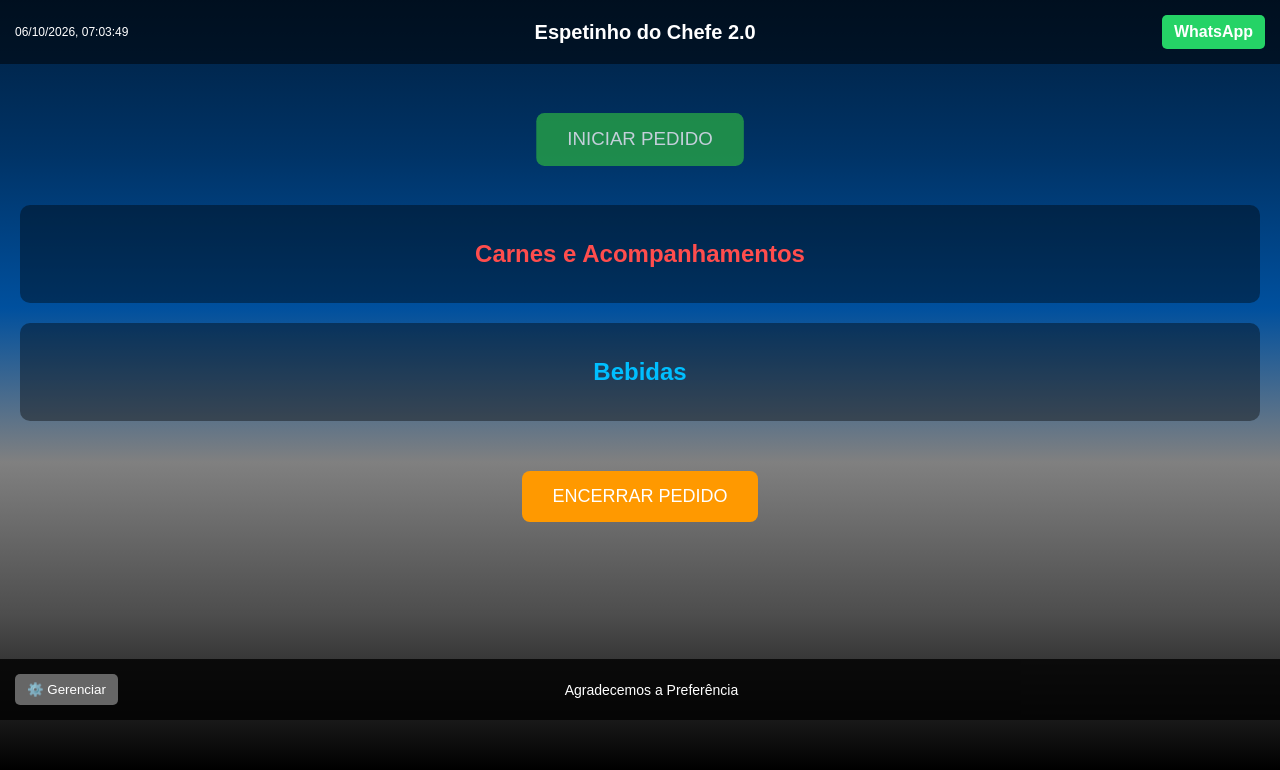
Repository: JeffRodFer/skewersOrder
Page: frontend/index.html
The author's editor kept a copy of each file at every save. The page is drawn from the files as they stood at one save, then again after the next save.
The browser window is 1280 px wide. The pictures show the whole page.
The page's requests for data from a server got no answer.

Above is the page before, as saved 2026-10-10 01:42:58.

After the next save:
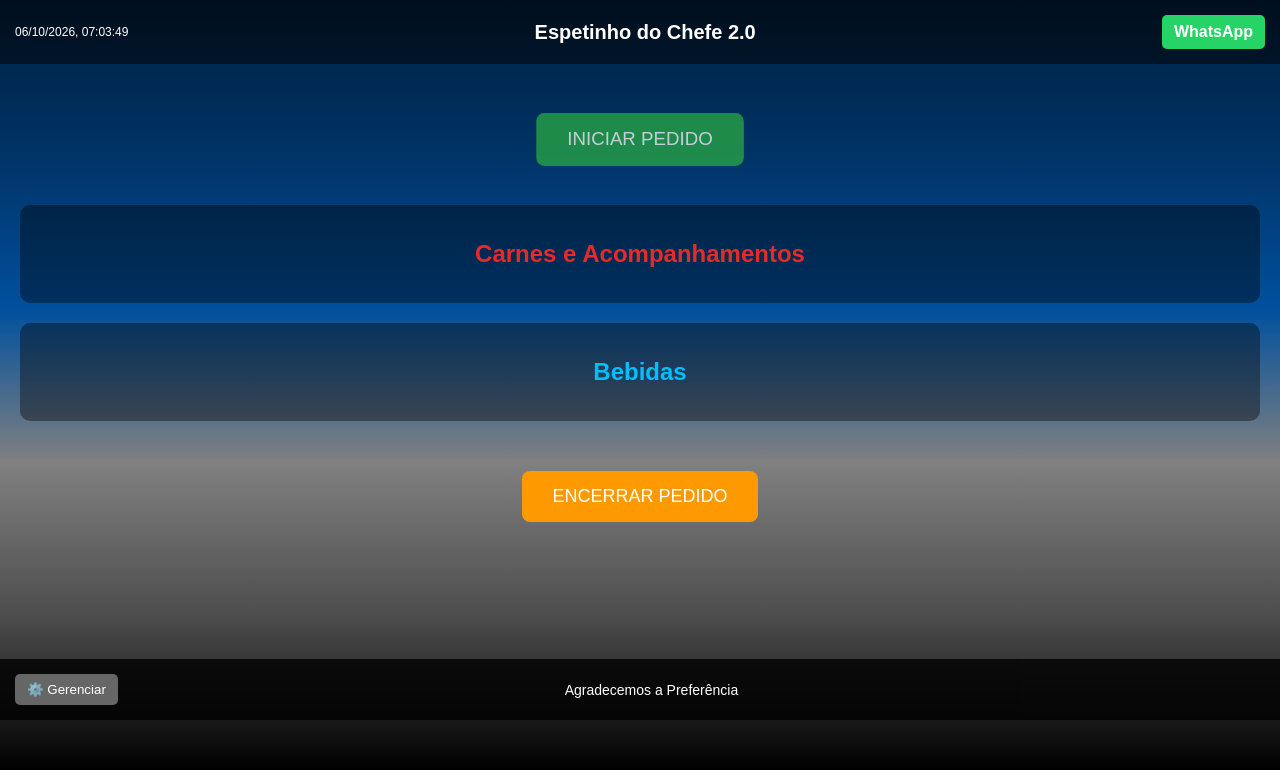
Saved 9 min 19 s later.
--- a/frontend/style.css
+++ b/frontend/style.css
@@ -113,7 +113,7 @@ header {
 }
 
 .titulo-carnes {
-    color: #ff4d4d;
+    color: #e62a2a;
     text-align: center;
 }
 
